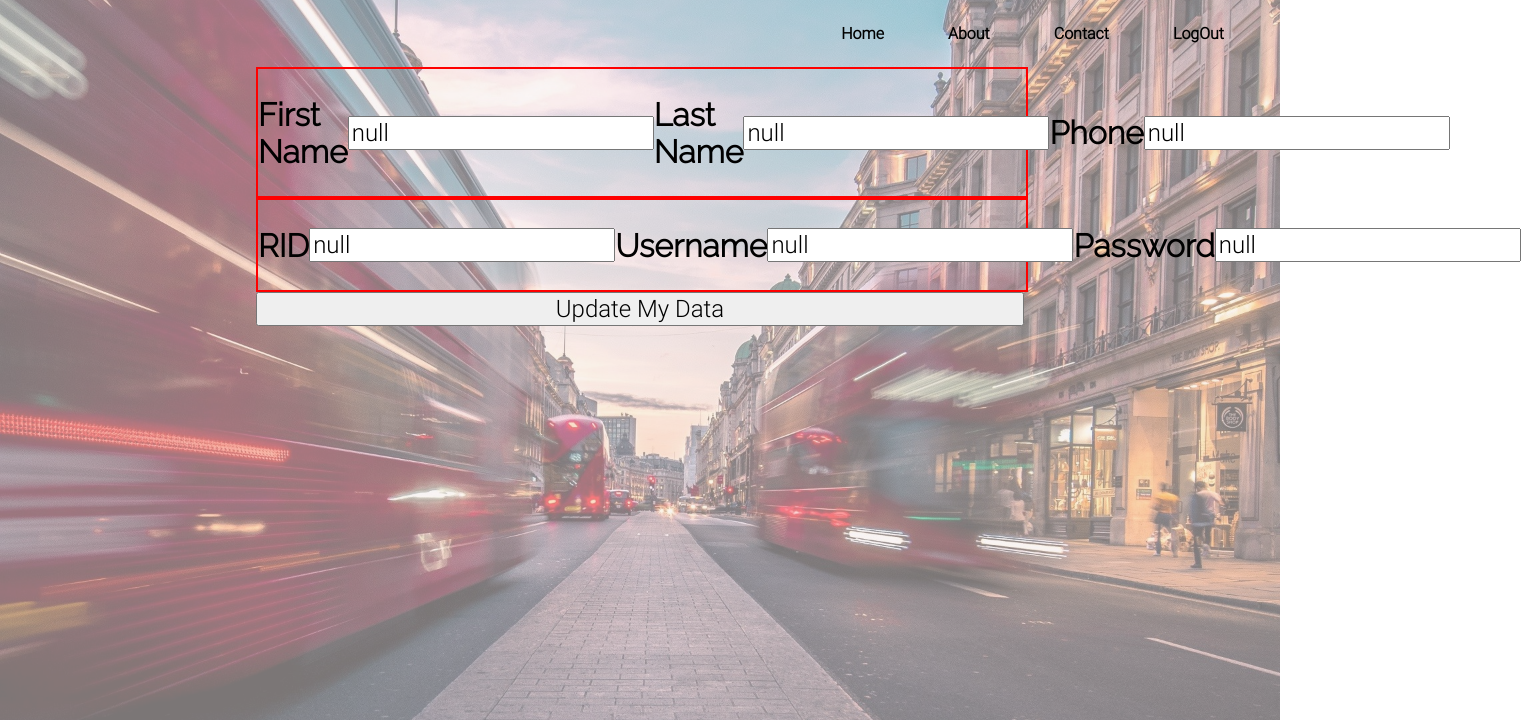
Repository: Savindushehan/RouteMaster-Group-project
Page: http://localhost/RouterMaster/Updateuserdetails.jsp
These files come from the project's save history. The page is drawn as it stood at one moment and after the next save; the edit follows.
The browser window is 1280 px wide. The page is 1521 px wide, then 1280 px, so the pictures cover 1521 px, including what lies to the right of the window. The pictures show the whole page.
The page is served by Tomcat 10.

Above is the page before, as saved 2023-10-27 05:43:30.

After the next save:
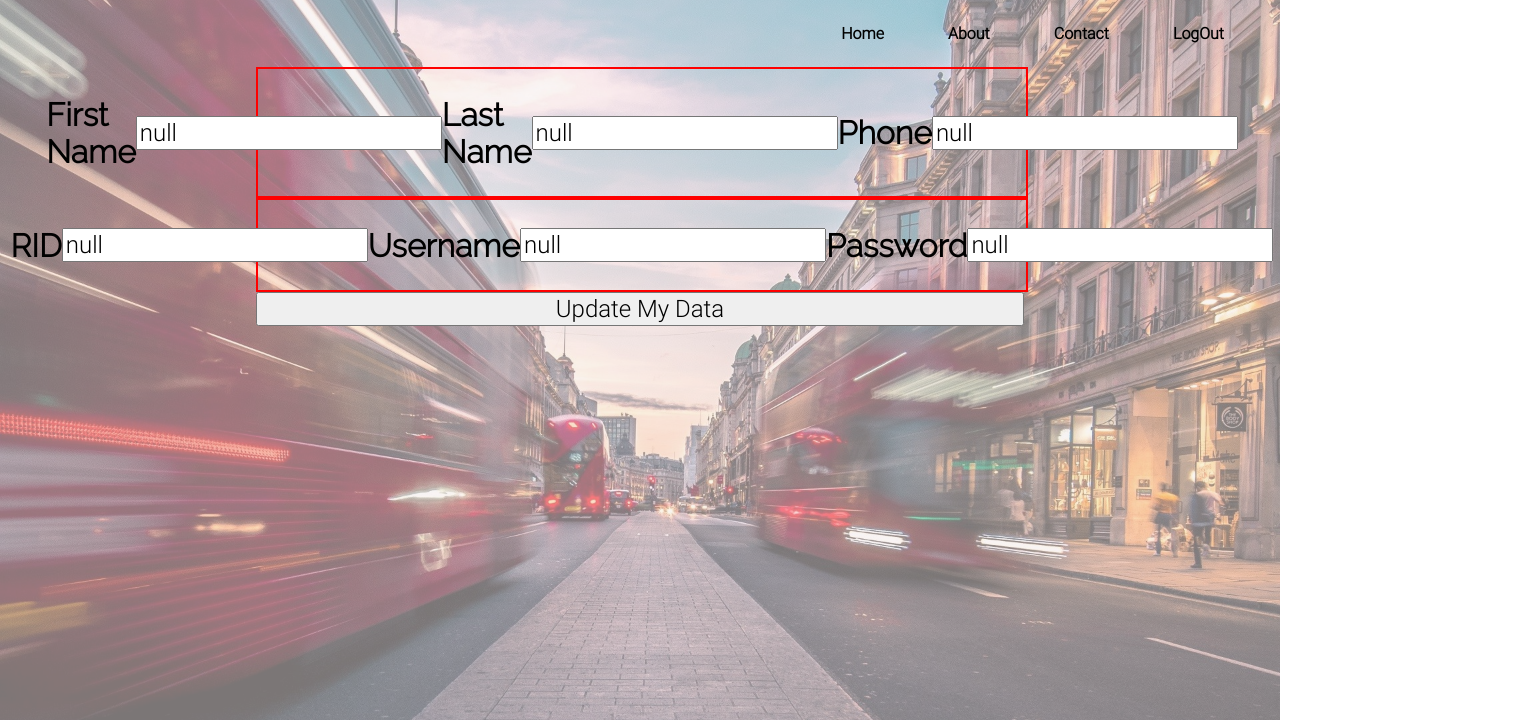
Saved 8 s later.
--- a/RouteMaster/RouterMaster/src/main/webapp/Updateuserdetails.jsp
+++ b/RouteMaster/RouterMaster/src/main/webapp/Updateuserdetails.jsp
@@ -77,7 +77,7 @@
         width:100%;
         display: flex;
          flex-direction:row;
-          justify-content: space-between;
+          justify-content: center;
           border:2px solid red;
         }
         .details{
